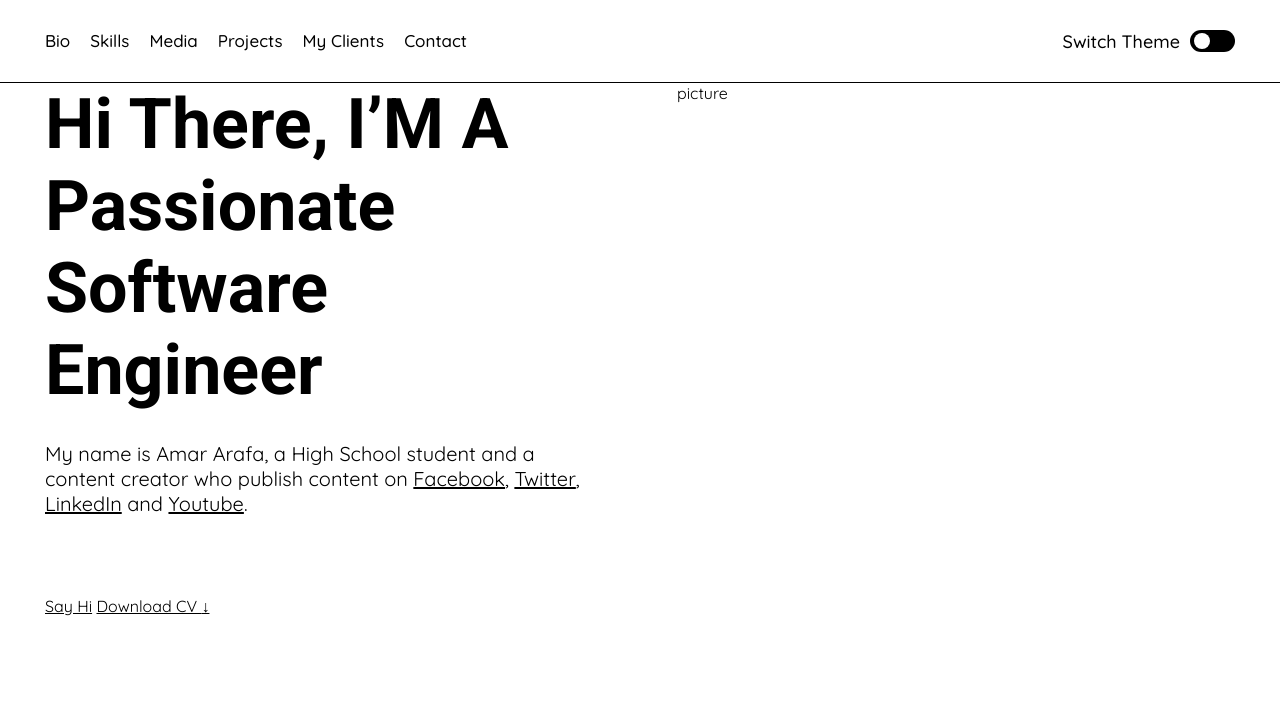
Repository: benarafa1/personal-website
Page: index.html
These files come from the project's save history. The page is drawn as it stood at one moment and after the next save; the edit follows.
The browser window is 1280 px wide. The pictures show the whole page.

Above is the page before, as saved 2025-04-12 07:34:34.

After the next save:
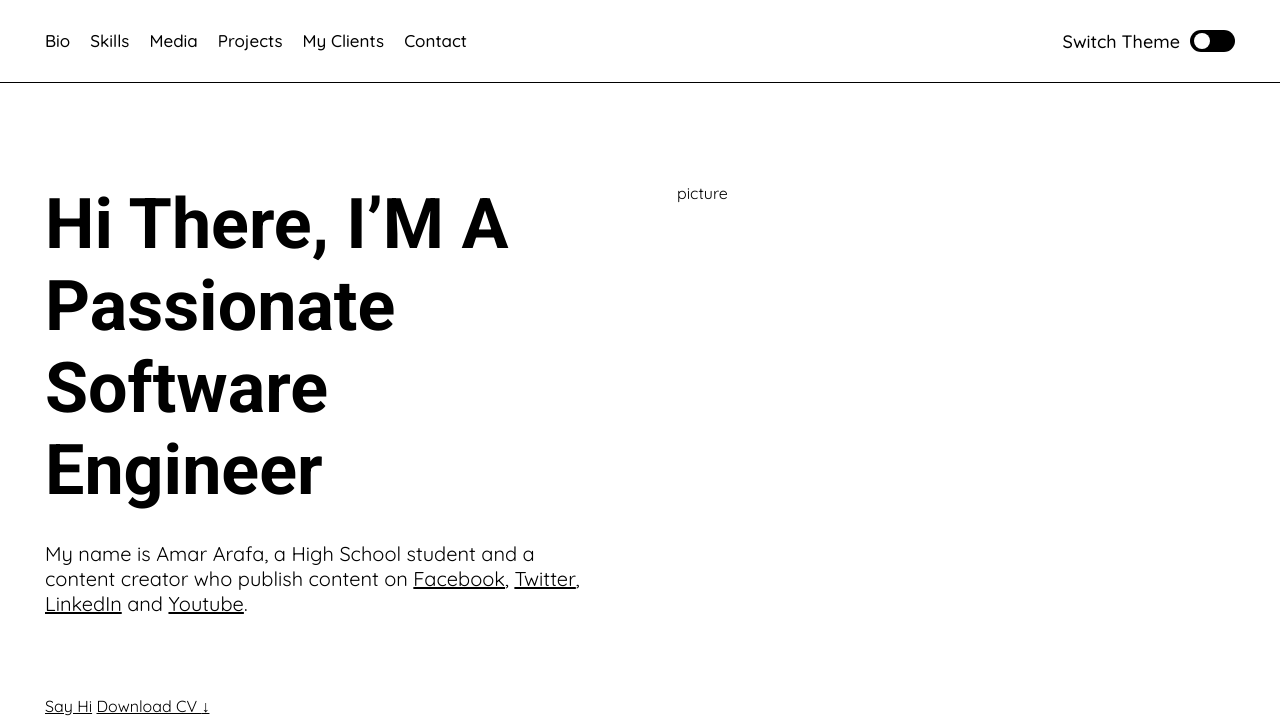
Saved 8 min 50 s later.
--- a/style.css
+++ b/style.css
@@ -158,6 +158,7 @@ html {
 }
 /* bio component start */
 .bio {
+  margin-top: 10rem;
   grid-template-columns: repeat(2, 1fr);
   gap: 7.4rem;
 }
